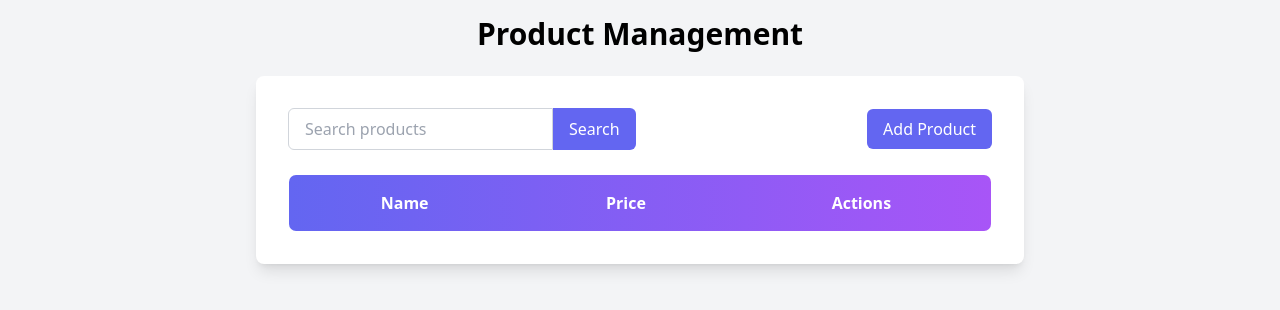
Repository: shaafsalman/product-Management-MERN
Page: /home (app in frontend/)
These files come from the project's save history. The page is drawn as it stood at one moment and after the next save; the edit follows.
The browser window is 1280 px wide. The pictures show the whole page.
The page's requests for data from a server got no answer. The project was rebuilt for these pictures with package versions that can differ from the ones it lists, and the page was loaded fresh each time. No one was signed in, and anything a server would have sent is missing. Also part of the build but not shown: frontend/vite.config.js, frontend/src/Cards/messageCard.jsx, frontend/src/Pages/Login.jsx, frontend/src/Pages/SighnUp.jsx, frontend/src/Pages/NoPage.jsx, frontend/src/Pages/AddProduct.jsx.

Above is the page before, as saved 2024-05-15 07:41:54.

After the next save:
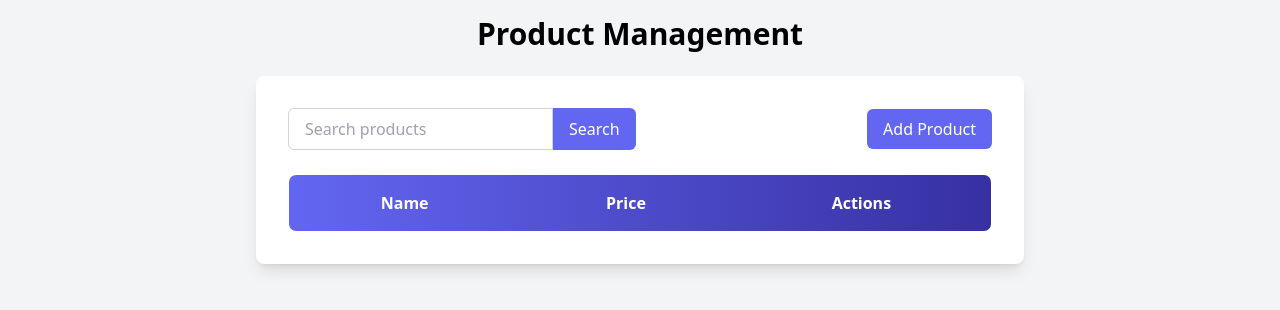
Saved 29 s later.
--- a/frontend/src/Pages/Home.jsx
+++ b/frontend/src/Pages/Home.jsx
@@ -108,7 +108,7 @@ const Home = () => {
         </div>
         <table className="w-full border-collapse border border-gray-300 rounded-lg overflow-hidden">
   <thead>
-    <tr className="bg-gradient-to-r from-indigo-500 to-purple-500 text-white">
+    <tr className="bg-gradient-to-r from-indigo-500 to-indigo-800 text-white">
       <th className="px-6 py-4 text-center">Name</th>
       <th className="px-6 py-4 text-center">Price</th>
       <th className="px-6 py-4 text-center">Actions</th>
